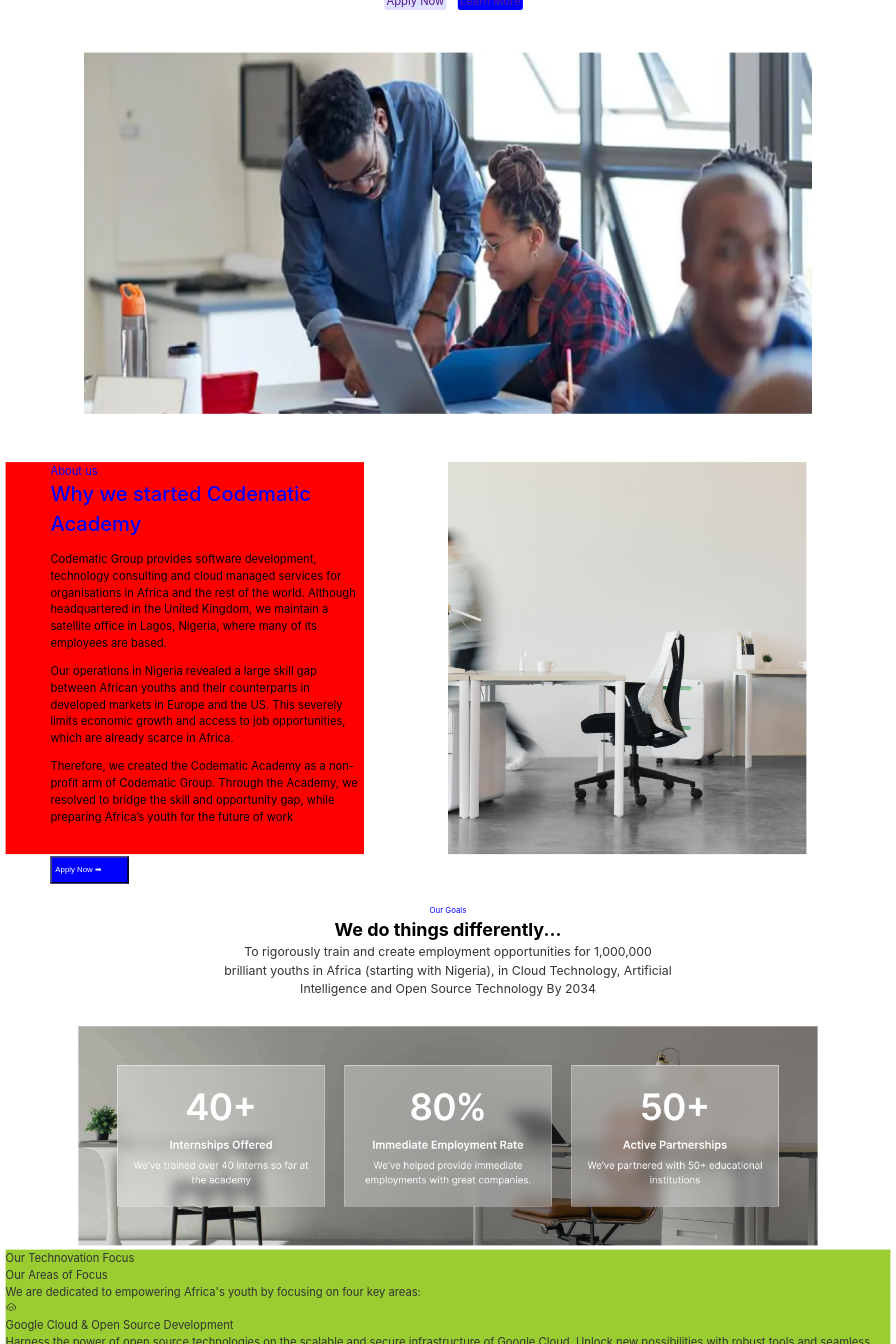
Repository: Gabriel221-dev/Codematic-page
Page: /
These files come from the project's save history. The page is drawn as it stood at one moment and after the next save; the edit follows.
The browser window is 1280 px wide. The pictures show the part of the page from y = 423 to 2343 px (the page is 4712 px tall), at 70% of full size.
The project was rebuilt for these pictures with package versions that can differ from the ones it lists, and the page was loaded fresh each time. Also part of the build but not shown: vite.config.js.

Above is the page before, as saved 2024-07-25 11:56:57.

### src/App.jsx
import "./App.css";
import Home from "./pages/home";
import Header from "./components/Header";
import Footer from "./components/Footer";
import { BrowserRouter as Router, Route, Routes } from "react-router-dom";
import "./styles/global.css";

const App = () => {
  return (
    <Router>
      <Header />
      <main>
        <Routes>
          <Route path="/" element={<Home />} />
        </Routes>
      </main>
      <Footer />
    </Router>
  );
};

export default App;

### src/index.css
:root {
  font-family: Inter, system-ui, Avenir, Helvetica, Arial, sans-serif;
  line-height: 1.5;
  font-weight: 400;
  padding: 0 0;

  /* color-scheme: light dark;
  background-color: #242424;
  background-color:turquoise; */

}

### src/App.css
#root {
  max-width: 1280px;
  margin: 0 auto;
  /* padding: 2rem;
  text-align: center;
  background-color:bisque */

}

### src/components/Header.jsx
import { useState } from "react";
import { NavLink } from "react-router-dom";
import { FaBars } from "react-icons/fa";
import Sidebar from "./Sidebar";
import "./Header.css";
import { IconContext } from "react-icons";

const Header = () => {
  const [isSidebarToggled, setSidebarToggled] = useState(false);

  const handleToggle = () => {
    setSidebarToggled((prev) => !prev);
  };

  return (
    <>
      <IconContext.Provider value={{ color: "#fff" }}>
        <header className="header">
          <nav className="header__nav">
            <NavLink className="header__brand" to="/">
              <img
                className="header__logo"
                src="/public/Images/codematic-logo-dark-1536x351.png.png"
                alt="Logo"
                loading="eager"
                width="160"
              />
            </NavLink>

            <ul className="header__navigation">
              <li className="header__link">
                <NavLink
                  className={({ isActive }) =>
                    isActive
                      ? "header__anchor header__anchor--active"
                      : "header__anchor"
                  }
                  to="/"
                >
                  Home
                </NavLink>
              </li>
              <li className="header__link">
                <NavLink
                  className={({ isActive }) =>
                    isActive
                      ? "header__anchor header__anchor--active"
                      : "header__anchor"
                  }
                  to=""
                >
                  About Us
                </NavLink>
              </li>
              <li className="header__link">
                <NavLink
                  className={({ isActive }) =>
                    isActive
                      ? "header__anchor header__anchor--active"
                      : "header__anchor"
                  }
                  to=""
                >
                  Focus Areas
                </NavLink>
              </li>
              <li className="header__link">
                <NavLink
                  className={({ isActive }) =>
                    isActive
                      ? "header__anchor header__anchor--active"
                      : "header__anchor"
                  }
                  to=""
                >
                  Our Goals
                </NavLink>
              </li>
              <li className="header__link">
                <NavLink
                  className={({ isActive }) =>
                    isActive
                      ? "header__anchor header__anchor--active"
                      : "header__anchor"
                  }
                >
                  Testimonies
                </NavLink>
              </li>
              <NavLink className="header__btn" to="/contact">
                Apply Now
              </NavLink>
            </ul>

            <button
              className="header__menu"
              title="Toggle Menu"
              onClick={handleToggle}
            >
              <FaBars />
            </button>
          </nav>
          <Sidebar isOpen={isSidebarToggled} onToggle={handleToggle} />
        </header>
      </IconContext.Provider>
    </>
  );
};

export default Header;

### src/components/Footer.jsx
import { Link } from "react-router-dom";
import "./Footer.css";

const Footer = () => {
  return (
    <footer className="footer">
      <div className="footer__content">
        <div className="footer__pages">
          <img
            className="footer__logo"
            src="/public/Images/codematic-logo-dark-1536x351.png.png"
            alt="Logo"
            loading="lazy"
            width="160"
          />

          <ul className="footer__navigation">
            <li className="footer__link">
              <Link className="link-anchor footer__anchor" to="/">
                About Us
              </Link>
            </li>
            <li className="footer__link">
              <Link className="link-anchor footer__anchor" to="/about">
                Contact Us
              </Link>
            </li>
            <li className="footer__link">
              <Link className="link-anchor footer__anchor" to="/about">
                Privacy Policy
              </Link>
            </li>
          </ul>
        </div>

        {/* <div className="footer__more">
          <div className="footer__socials">
            <a href="#" aria-label="Facebook" className="footer__social">
              <svg
                className="footer__icon"
                xmlns="http://www.w3.org/2000/svg"
                width="24"
                height="24"
              >
                <path
                  fill="#FFF"
                  d="M22.675 0H1.325C.593 0 0 .593 0 1.325v21.351C0 23.407.593 24 1.325 24H12.82v-9.294H9.692v-3.622h3.128V8.413c0-3.1 1.893-4.788 4.659-4.788 1.325 0 2.463.099 2.795.143v3.24l-1.918.001c-1.504 0-1.795.715-1.795 1.763v2.313h3.587l-.467 3.622h-3.12V24h6.116c.73 0 1.323-.593 1.323-1.325V1.325C24 .593 23.407 0 22.675 0z"
                />
              </svg>
            </a>
            <a href="#" aria-label="Pinterest" className="footer__social">
              <svg
                className="footer__icon"
                xmlns="http://www.w3.org/2000/svg"
                width="24"
                height="24"
              >
                <path
                  fill="#FFF"
                  d="M12 0C5.373 0 0 5.372 0 12c0 5.084 3.163 9.426 7.627 11.174-.105-.949-.2-2.405.042-3.441.218-.937 1.407-5.965 1.407-5.965s-.359-.719-.359-1.782c0-1.668.967-2.914 2.171-2.914 1.023 0 1.518.769 1.518 1.69 0 1.029-.655 2.568-.994 3.995-.283 1.194.599 2.169 1.777 2.169 2.133 0 3.772-2.249 3.772-5.495 0-2.873-2.064-4.882-5.012-4.882-3.414 0-5.418 2.561-5.418 5.207 0 1.031.397 2.138.893 2.738a.36.36 0 01.083.345l-.333 1.36c-.053.22-.174.267-.402.161-1.499-.698-2.436-2.889-2.436-4.649 0-3.785 2.75-7.262 7.929-7.262 4.163 0 7.398 2.967 7.398 6.931 0 4.136-2.607 7.464-6.227 7.464-1.216 0-2.359-.631-2.75-1.378l-.748 2.853c-.271 1.043-1.002 2.35-1.492 3.146C9.57 23.812 10.763 24 12 24c6.627 0 12-5.373 12-12 0-6.628-5.373-12-12-12z"
                />
              </svg>
            </a>
            <a href="#" aria-label="Twitter" className="footer__social">
              <svg
                className="footer__icon"
                xmlns="http://www.w3.org/2000/svg"
                width="24"
                height="20"
              >
                <path
                  fill="#FFF"
                  d="M24 2.557a9.83 9.83 0 01-2.828.775A4.932 4.932 0 0023.337.608a9.864 9.864 0 01-3.127 1.195A4.916 4.916 0 0016.616.248c-3.179 0-5.515 2.966-4.797 6.045A13.978 13.978 0 011.671 1.149a4.93 4.93 0 001.523 6.574 4.903 4.903 0 01-2.229-.616c-.054 2.281 1.581 4.415 3.949 4.89a4.935 4.935 0 01-2.224.084 4.928 4.928 0 004.6 3.419A9.9 9.9 0 010 17.54a13.94 13.94 0 007.548 2.212c9.142 0 14.307-7.721 13.995-14.646A10.025 10.025 0 0024 2.557z"
                />
              </svg>
            </a>
          </div>
          <p className="footer__copy paragraph-2">
            Copyright 2020. All Rights Reserved
          </p>
        </div> */}
      </div>
    </footer>
  );
};

export default Footer;

### src/styles/global.css
* {
    /* margin: 0; */
    padding: 0;
    /* box-sizing: border-box; */
  }

  body {
    /* font-family: "Livvic", sans-serif; */
    /* line-height: 1.6; */
    color: #333;
    background-color: white;
  }

### src/pages/Home.css
/* .Home{
    padding: 1rem;
    background-color:green;
} */
.Home-1{
    /* background-color:red; */
    text-align: center;
}
.mark{
    background-color:white;
    border-radius:12px;
    font-size: .6rem;
    padding:.1rem;
    margin-right: .5rem;
}
.academy-1{
    font-size: .6rem;
    background-color: lightcyan;
    border-radius:12px;
    padding: .3rem;
    text-decoration: none;
}
.heading-sub-1{
      text-align: center;
}
.heading-1{
    width: 45rem;
    height: 12.7rem;
    font-size: 2.8rem;
    justify-content: center;
    align-items: center;
    margin: 0 auto;
    font-weight: 600;
    background-color:white;
}
.sub-heading-1{
    font-size: .9rem;
    height: 120px;
    width: 20rem;
    justify-content: center;
    align-items: center;
    margin: 0 auto;
}
.action{
    gap: 12px;
    text-decoration: none;
}
.apply-heading{
    background-color:#DEE0FF;
    text-align: center;
    margin: 0 1rem;
    padding: .2rem;
    border-radius: 3px;
    text-decoration: none;
}

.learn-heading{
    background-color: blue;
    text-align: center;
    padding: .2rem;
    border-radius: 3px;
    text-decoration: none;
}

.Home-1 img{
    background-color:none;
    width: 65rem;
    height: 516px;
    padding: 1rem;
    margin: 2.9rem 0;
}


.Home-2{
    /* background-color:brown; */
    display: flex;
    justify-content: space-between;
    height: 37rem;
}

.heading-sub-2{
    background-color:red;
    font-size: 1.4rem;
    font-style: normal;
    color: #fff;
    text-align: left;
    max-width: 28rem;
    text-align: left;
    height: 35rem;
    padding: 0 0 0 4rem;
    /* margin: 1rem 0 0 0; */
}

.sub-heading-2{
    font-size: 1rem;
    color:blue;
}

.heading-2{
    font-size: 1.8rem;
    font-weight: 500;
    color:blue;
}

.home-chair{
    flex: 1;
}


.text-2{
    font-size: 1rem;
    color:black;
}

.apply-now-2{
    background-color:blue;
    margin-top:1.8rem;
    padding: .7rem 2rem .7rem 0;
    font-size: .7rem;
    color:white;
    width: 7rem;
}

.Home-2 .img{
    flex: 1;
    display: flex;
    justify-content: center;
}

.Home-2 img{
    display: flex;
    align-items: center;
    text-align: left;
    height: 35rem;
    width: 32rem;
}


.Home-3{
    /* background-color:chocolate; */
    text-align: center;
}

.heading-sub-3{
    padding: 2.5rem;
}

.sub-3{
    color:blue;
    font-size: .7rem;
}

.heading-3{
    color:black;
    font-size: 1.6rem;
    font-weight: 700;
}

.text-3{
    font-size: 1.1rem;
    width:40rem;
    display: flex;
    margin: 0 auto;
}

.Home-3 img{
    width: 66rem;
}

.Home-4{
    background-color:yellowgreen;
}

.Home-5{
    background-color:violet;
}

/* .Home-5 .article{

}

.Home-5 .img{

}

.Home-5 img{

} */

.Home-5 {
    display: flex;
    justify-content: space-between;
    align-items: center;
}
.Home-5 .heading-sub-5 {
    font-style: normal;
    color: #fff;
    text-align: left;
    max-width: 30rem;
    text-align: left;
    /* height: 35rem; */
    padding: 0 0 0 4rem;
}

.Home .article{
    flex: 1;
}

.Home-5 .img{
    flex: 1;
    display: flex;
    justify-content: center;
}

.Home-5 img{
    display: flex;
    align-items: center;
    text-align: left;
    height: 25rem;
    width: 30rem;
}



.Home-6{
    background-color:cadetblue;
}

.Home-7{
    background-color:goldenrod;
}

### src/components/Sidebar.jsx
import PropTypes from "prop-types";
import { useNavigate } from "react-router-dom";
import { AiOutlineClose } from "react-icons/ai";
import "./Sidebar.css";
import { IconContext } from "react-icons";

const Sidebar = ({ isOpen, onToggle }) => {
  const navigate = useNavigate();

  const handleNavigate = (path) => {
    navigate(path);
    onToggle();
  };

  return (
    <IconContext.Provider value={{ color: "#fff" }}>
      <div className={`sidebar ${isOpen ? "sidebar--open" : ""}`}>
        <div className="sidebar__overlay" onClick={onToggle}></div>
        <div className="sidebar__content">
          <div className="sidebar__header">
            <button
              className="sidebar__close"
              title="Close Menu"
              onClick={onToggle}
            >
              <AiOutlineClose />
            </button>
          </div>

          <ul className="sidebar__navigation">
            <li className="sidebar__link">
              <button
                className="sidebar__anchor"
                onClick={() => handleNavigate("/")}
              >
                Home
              </button>
            </li>

            <li className="sidebar__link">
              <button
                className="sidebar__anchor"
                onClick={() => handleNavigate()}
              >
                About Us
              </button>
            </li>
            <li className="sidebar__link">
              <button
                className="sidebar__anchor"
                onClick={() => handleNavigate()}
              >
                Focus Areas
              </button>
            </li>
            <li className="sidebar__link">
              <button
                className="sidebar__anchor"
                onClick={() => handleNavigate()}
              >
                Testimonies
              </button>
            </li>
          </ul>

          <button className="sidebar__btn" onClick={() => handleNavigate()}>
            Apply Now
          </button>
        </div>
      </div>
    </IconContext.Provider>
  );
};

Sidebar.propTypes = {
  isOpen: PropTypes.bool.isRequired,
  onToggle: PropTypes.func.isRequired,
};

export default Sidebar;

### src/components/Header.css
.header {
    background-color: white;
    height: 1.55rem;
    display: flex;
    justify-content: space-between;
    align-items: center;
    padding: 1rem 7rem;
  }

  @media only screen and (max-width: 850px) {
    .header {
        background-color:black;
      height: 150px;
      /* background-color:red; */
      align-items:left;
    }
  }

  @media only screen and (max-width: 576px) {
    .header {
      height: 128px;
    }
  }

  .header__nav {
    /* display: flex;
    align-items: center;
    gap: 8rem; */
    grid-column: center-start / center-end;
    display: grid;
    grid-template-columns: max-content 1fr max-content;
    align-items: center;
    column-gap: 8rem;

    @media only screen and (max-width: 768px) {
      column-gap: 4rem;
    }

    @media only screen and (max-width: 576px) {
        grid-template-columns: repeat(2, 1fr);
        column-gap: 0;
    }
  }

  .header__logo {
    max-width: 158px;

    @media only screen and (max-width: 768px) {
      margin-right: 14rem;
      margin-left: -5rem;
    }
  }

  .header__navigation {
    list-style: none;
    display: flex;
    margin: 0;
    padding: 0;
    text-decoration: none;

    @media only screen and (max-width: 820px) {
      display: none;
    }
  }

  .header__link {
    margin-right: 2rem;
    text-decoration: none;
  }

  /* .header:last-child {
    margin-right: 0;
  } */

  .header__anchor {
    font-size: .89rem;
    text-decoration: none;
    color: #333;
    font-weight: bold;
  }

  .header__anchor:hover{
    text-decoration: none;
  }

  .header__anchor--active {
    color: black;
}

  .header__btn {
    font-size: .7rem;
    background-color: blue;
    border: 2px solid #fff;
    width: 4rem;
    border-radius:5px;
    color: #fff;
    padding: 0.5rem .5rem;
    margin-left: 2rem;
    text-decoration: none;
    display: inline-block;
    cursor: pointer;
    justify-self: end;

    @media only screen and (max-width: 820px) {
      display: none;
    }
  }

  .header__btn:hover{
    background-color:white;
    color:#004953;
    text-decoration: none;
    border-radius:16px;
    transform: scale(1.05);
    transition: transform 0.6s ease-in-out, border-bottom 0.6s ease;
  }

  .header__menu {
    display: none;

    @media only screen and (max-width: 820px) {
      display: flex;
      width: 50px;
      height: 28px;
      padding: .1rem;
      border: 0;
      outline: 0;
    }
  }

  .header__menu:hover{
    background:none;
  }

### src/components/Footer.css
.footer {
    background-color: rgb(4, 4, 55);
    display: grid;
    grid-template-rows: 48px auto 48px;
    padding: 1rem;
  }

  @media only screen and (max-width: 768px) {
    .footer {
      grid-template-rows: 50px repeat(1, min-content) 56px;
    }
  }

  @media only screen and (max-width: 650px) {
    .footer {
      grid-template-rows: 64px repeat(1, min-content) 64px;
    }
  }

  .footer__content {
    display: grid;
    grid-column: center-start / center-end;
    grid-template-columns: max-content 1fr max-content;
    column-gap: 12.5rem;
    grid-column: 2;
    grid-row: 2 / 3;
  }

  @media only screen and (max-width: 1024px) {
    .footer__content {
      column-gap: 8rem;
    }
  }

  @media only screen and (max-width: 768px) {
    .footer__content {
      grid-template-columns: repeat(1, 1fr);
      grid-template-rows: repeat(1, min-content);
      row-gap: 3.2rem;
    }
  }

  @media only screen and (max-width: 480px) {
    .footer__content {
      grid-template-columns: 1fr;
      grid-template-rows: repeat(1, min-content);
      /* row-gap: 2.4rem; */
    }
  }

  .footer__pages {
    display: flex;
    flex-direction: column;
    justify-content: space-between;
  }

  @media only screen and (max-width: 480px) {
    .footer__pages {
      grid-column: 1 / 3;
      grid-row: 1 / 2;
      justify-self: center;
      align-items: center;
    }
  }

  .footer__logo {
    width: 160px;
  }

  @media only screen and (max-width: 768px) {
    .footer__logo {
      width: 96px;
    }
  }

  @media only screen and (max-width: 480px) {
    .footer__logo {
      margin-bottom: 24px;
    }
  }

  .footer__navigation {
    list-style: none;
    display: flex;
    margin-bottom: 7px;
  }

  @media only screen and (max-width: 768px) {
    .footer__navigation {
      margin-bottom: 0;
    }
  }

  .footer__link {
    margin-right: 40px;
    transition: color 0.3s;
  }

  @media only screen and (max-width: 1024px) {
    .footer__link {
      margin-right: 24px;
    }
  }

  @media only screen and (max-width: 768px) {
    .footer__link {
      margin-right: 1rem;
      margin-bottom: 16px;
    }
  }

  .footer__link:hover {
    color: var(--light-coral);
  }

  .footer__anchor {
    text-decoration: none;
    color: white;
    font-size: 1.5rem;
    text-transform: uppercase;
  }

  @media only screen and (max-width: 768px) {
    .footer__anchor {
      font-size: 1.5rem;
    }
  }

  .footer__information {
    display: flex;
    flex-direction: column;
  }

  @media only screen and (max-width: 768px) {
    .footer__information {
      text-align: right;
      margin-bottom: 2px;
    }
  }

  @media only screen and (max-width: 480px) {
    .footer__information {
      grid-column: 1 / 3;
      grid-row: 2 / 3;
      text-align: center;
    }
  }

  .footer__text {
    color: white;
    mix-blend-mode: normal;
    opacity: 0.6;
  }

  .footer__more {
    display: flex;
    flex-direction: column;
    justify-content: space-between;
    align-items: flex-end;
  }

  @media only screen and (max-width: 768px) {
    .footer__more {
      grid-column: 1 / 3;
      grid-row: 2 / 3;
      flex-direction: row;
      align-items: center;
    }
  }

  @media only screen and (max-width: 480px) {
    .footer__more {
      grid-column: 1 / 3;
      grid-row: 3 / 4;
      flex-direction: column;
      margin-top: 16px;
    }
  }

  .footer__socials {
    display: flex;
    margin-bottom: 7px;
  }

  @media only screen and (max-width: 768px) {
    .footer__socials {
      line-height: 0;
    }
  }

  @media only screen and (max-width: 480px) {
    .footer__socials {
      margin-bottom: 16px;
    }
  }

  .footer__social {
    margin-right: 16px;
    transition: fill 0.3s;
  }

  .footer__icon {
    width: 24px;
    height: 24px;
  }

  .footer__copy {
    color: white;
  }

### src/components/Sidebar.css
.sidebar {
    display: none;
    width: 100%;
    height: 100%;
    position: fixed;
    top: 0;
    left: 0;
    z-index: 100;
    transition: all 0.3s ease;
  }

  .sidebar--open {
    display: grid;
    grid-template-columns: 1fr min-content;
  }

  .sidebar__overlay {
    grid-column: 1 / -1;
    grid-row: 1 / 2;
    background-color: rgba(0, 0, 0, 0.5);
    transition: background-color 0.3s ease;

  }

  .sidebar__content {
    grid-column: 2 / 3;
    grid-row: 1 / 2;
    background-color: #194c4c;
    width: 250px;
    display: grid;
    grid-template-rows: 128px repeat(2, min-content);
    grid-template-columns: 48px 1fr 25px;
    transition: width 0.3s ease;
    transition: width .4s ease;

  }

  .sidebar__header {
    grid-column: 2 / 3;
    justify-self: end;
    align-self: center;
  }

  .sidebar__close {
    background-color:#194c4c ;
    width: 30px;
    border: 0;
    outline: 0;
  }

  .sidebar__close:hover{
    background-color:#194c4c;
  }

  .sidebar__navigation {
    grid-column: 2 / 3;
    list-style: none;
    margin: 0;
    padding: 0;
  }

  .sidebar__link {
    margin-bottom: 2.4rem;
  }

  .sidebar__anchor {
    font-size: 1.1rem;
    color: #fff;
    background: transparent;
    border: none;
    text-decoration: none;
    cursor: pointer;
  }

  .sidebar__anchor:hover{
    background:none;
  }

  .sidebar__btn {
    grid-column: 2 / 3;
    background-color: transparent;
    border: 1px solid #fff;
    color: #fff;
    padding: 0.5rem 1rem;
    text-decoration: none;
    display: inline-block;
    cursor: pointer;
    width: 159px;
  }

  .sidebar__btn:hover{
    background:white;
    color:#194c4c;
    transform: scale(1.05);
    transition: transform 0.3s ease-in-out, border-bottom 0.6s ease;
  }

  .sidebar--open .sidebar__overlay {
    background-color: rgba(0, 0, 0, 0.5);
  }

  .sidebar--open .sidebar__content {
    width: 250px;
  }

  @media (max-width: 768px) {
    .header__menu {
      display: grid;
      background-color: transparent;
      width: 24px;
      border: 0;
      outline: 0;
      justify-self: end;
      align-self: center;
      margin-left: auto;
    }
  }

Loaded but not shown: index.html (common file); src/main.jsx (common file); src/pages/home.jsx (257 lines, source omitted)

After the next save:
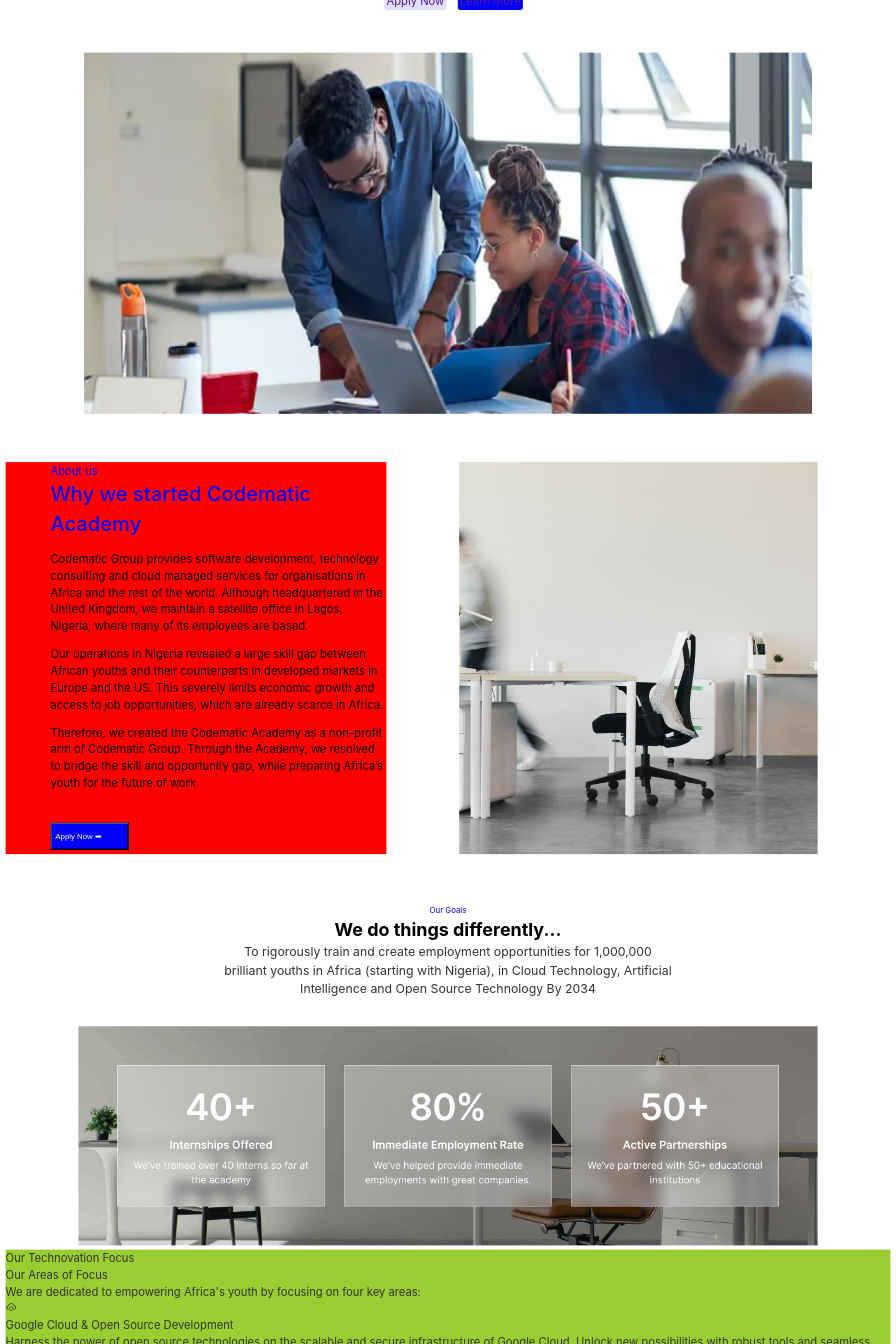
Saved 8 s later.
--- a/src/pages/Home.css
+++ b/src/pages/Home.css
@@ -84,7 +84,7 @@
     font-style: normal;
     color: #fff;
     text-align: left;
-    max-width: 28rem;
+    max-width: 30rem;
     text-align: left;
     height: 35rem;
     padding: 0 0 0 4rem;
